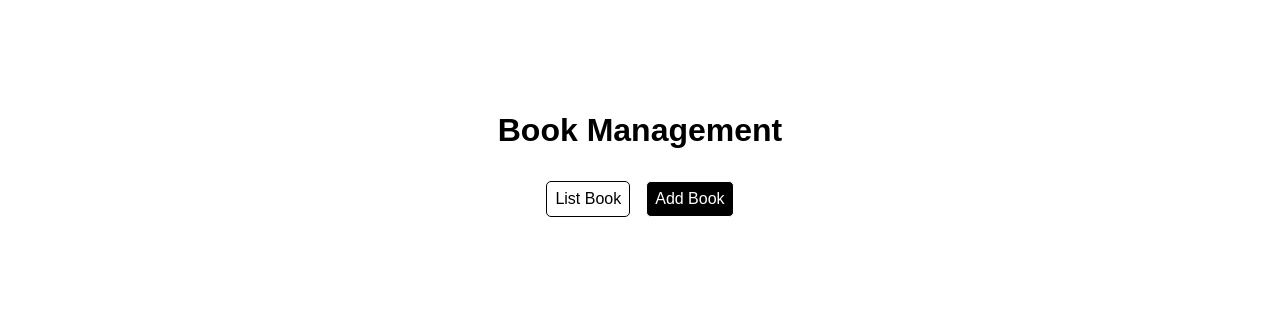
Repository: wakoya-tech/e-library-app1
Page: /add
These files come from the project's save history. The page is drawn as it stood at one moment and after a run of saves; the edit follows.
The browser window is 1280 px wide. The pictures show the whole page.
The project was rebuilt for these pictures with package versions that can differ from the ones it lists, and the page was loaded fresh each time. Also part of the build but not shown: vite.config.js, src/components/ListBook.jsx.

Above is the page before, as saved 2025-10-11 22:24:50.

After the next 2 saves:
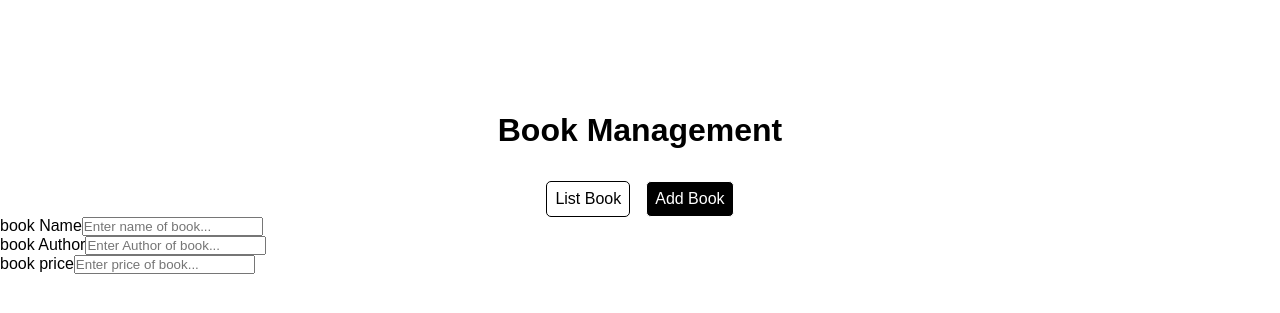
The 2 saves are shown as one change because 1 did not build or start.
The last was saved 4 min 11 s later.
--- a/src/form/BookForm.jsx
+++ b/src/form/BookForm.jsx
@@ -9,9 +9,11 @@ const  BookForm=()=> {
     )
   return (
 <form >
-    {
 
-    }
+{renderInputField('book Name','Enter name of book...','name')}
+{renderInputField('book Author','Enter Author of book...','name')}
+{renderInputField('book price','Enter price of book...','name')}
+
 </form>
   )
 }
